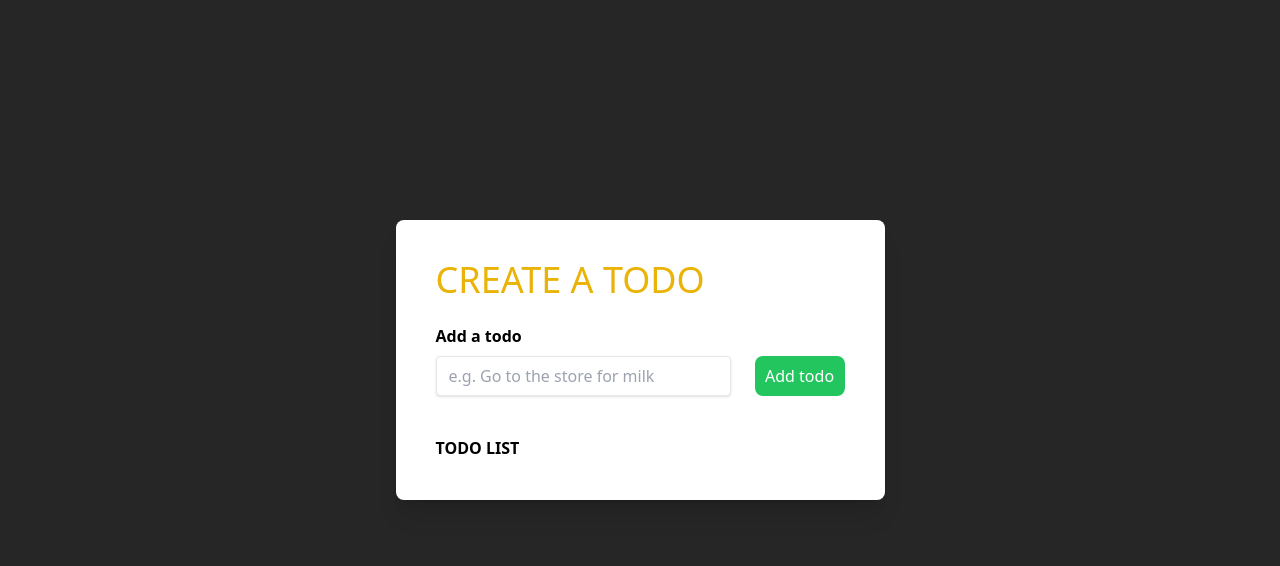
Repository: Kajo-lab/vue-todo
Page: /
These files come from the project's save history. The page is drawn as it stood at one moment and after the next save; the edit follows.
The browser window is 1280 px wide. The pictures show the whole page.
The project was rebuilt for these pictures with package versions that can differ from the ones it lists, and the page was loaded fresh each time. Also part of the build but not shown: vite.config.js, webpack.config.js.

Above is the page before, as saved 2022-07-07 18:01:40.

### src/main.js
import { createApp } from 'vue'
import App from './App.vue'
import "./assets/tailwind.css";

createApp(App).mount('#app')

### src/App.vue
<script setup>
import { ref, onMounted, computed, watch } from 'vue'

const todos = ref([])
const name = ref('')

const input_content = ref('')

const todos_asc = computed(() => todos.value.sort((a,b) =>{
	return a.createdAt - b.createdAt
}))

watch(name, (newVal) => {
	localStorage.setItem('name', newVal)
})

watch(todos, (newVal) => {
	localStorage.setItem('todos', JSON.stringify(newVal))
}, {
	deep: true
})

const addTodo = () => {
  if (input_content.value.trim() === '') {
    return
  }

	todos.value.push({
		content: input_content.value,
		done: false,
		editable: false,
		createdAt: new Date().getTime()
	})

	input_content.value = ''
}

const removeTodo = (todo) => {
	todos.value = todos.value.filter((t) => t !== todo)
}

onMounted(() => {
	name.value = localStorage.getItem('name') || ''
	todos.value = JSON.parse(localStorage.getItem('todos')) || []
})
</script>

<template>

<main class="relative flex min-h-screen flex-col justify-center overflow-hidden bg-neutral-800 py-6 sm:py-12">
	<div class="relative bg-white px-6 pt-10 pb-8 shadow-xl ring-1 ring-gray-900/5 sm:mx-auto sm:max-w-lg sm:rounded-lg sm:px-10">
		<section class="mb-10">
		<h1 class="text-4xl text-yellow-500 mb-6">CREATE A TODO</h1>
				<h3 class="mb-2 font-bold">Add a todo</h3>
				<form id="new-todo-form" class="flex gap-6" @submit.prevent="addTodo">
					<input
						class="shadow appearance-none border rounded w-full py-2 px-3 text-gray-700 leading-tight focus:outline-none focus:shadow-outline"
						type="text"
						name="content"
						id="content"
						placeholder="e.g. Go to the store for milk"
						v-model="input_content" />

					<input type="submit" value="Add todo" class="h-10 w-32 text-white rounded-lg bg-green-500 hover:bg-green-600"/>
				</form>
		</section>

		<section>
				<h3 class="mb-2 font-bold">TODO LIST</h3>
				<div id="todo-list ">
					<div class="flex mb-4" v-for="todo in todos_asc" :class="`todo-item ${todo.done && 'done'}`">

						<div class="flex gap-6 todo-content">
						<label>
							<input type="checkbox" v-model="todo.done" />
							<span class="bubble"></span>
						</label>


							<input
							class=" shadow appearance-none border-none rounded w-full py-2 px-3 text-gray-700 leading-tight focus:outline-none focus:shadow-outline"
							type="text"
							v-model="todo.content" />

							<button class="h-10 w-20 text-white rounded-lg bg-red-500 hover:bg-red-600" @click="removeTodo(todo)">Delete</button>
						</div>
					</div>
				</div>
		</section>
	</div>
</main>

</template>

<style src="./assets/tailwind.css"></style>

### src/assets/tailwind.css
@tailwind base;
@tailwind components;
@tailwind utilities;


.bubble {
	display: flex;
	align-items: center;
	justify-content: center;
	width: 20px;
	height: 20px;
	border-radius: 50%;
	border: 2px solid var(--business);
	box-shadow: var(--business-glow);
}


.todo-item label {
    @apply block mr-4 cursor-pointer ;
}


.todo-item.done .todo-content input {
	text-decoration: line-through;
	color: gray;
}

Loaded but not shown: tailwind.config.js (common file)

After the next save:
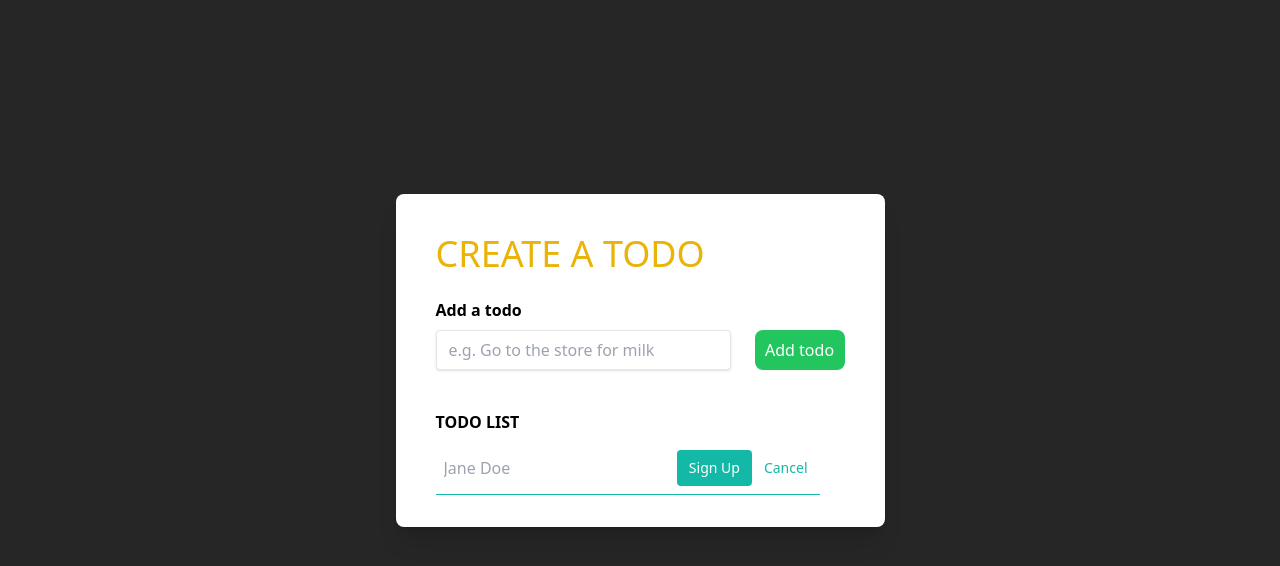
Saved 8 s later.
--- a/src/App.vue
+++ b/src/App.vue
@@ -85,6 +85,17 @@ onMounted(() => {
 							<button class="h-10 w-20 text-white rounded-lg bg-red-500 hover:bg-red-600" @click="removeTodo(todo)">Delete</button>
 						</div>
 					</div>
+					<form class="w-full max-w-sm">
+  <div class="flex items-center border-b border-teal-500 py-2">
+    <input class="appearance-none bg-transparent border-none w-full text-gray-700 mr-3 py-1 px-2 leading-tight focus:outline-none" type="text" placeholder="Jane Doe" aria-label="Full name">
+    <button class="flex-shrink-0 bg-teal-500 hover:bg-teal-700 border-teal-500 hover:border-teal-700 text-sm border-4 text-white py-1 px-2 rounded" type="button">
+      Sign Up
+    </button>
+    <button class="flex-shrink-0 border-transparent border-4 text-teal-500 hover:text-teal-800 text-sm py-1 px-2 rounded" type="button">
+      Cancel
+    </button>
+  </div>
+</form>
 				</div>
 		</section>
 	</div>
